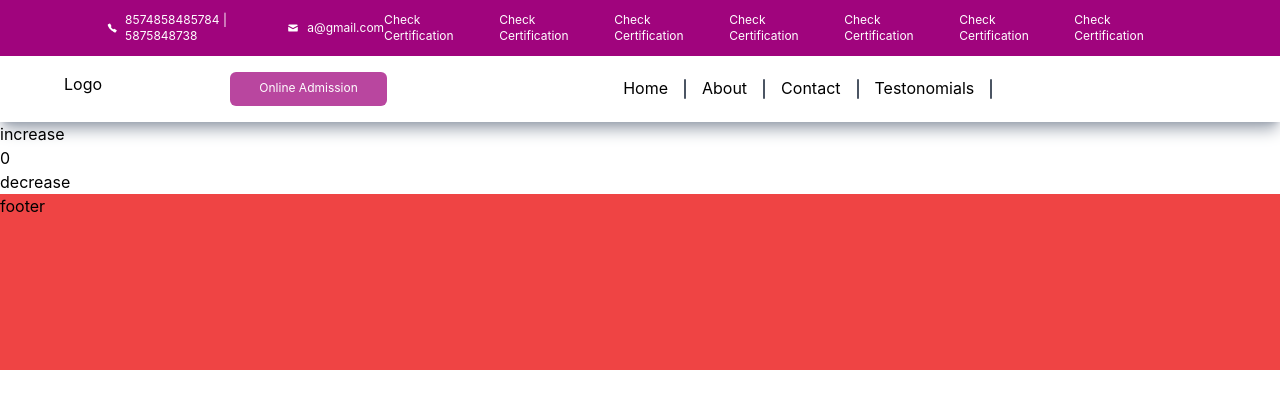
Repository: Sushant203/react-training-
Page: /
The author's editor kept a copy of each file at every save. The page is drawn from the files as they stood at one save, then again after the next save.
The browser window is 1280 px wide. The pictures show the whole page.
The project was rebuilt for these pictures with package versions that can differ from the ones it lists, and the page was loaded fresh each time. Also part of the build but not shown: src/App.css, src/components/LowerNav.jsx, src/components/UpperNav.jsx, src/components/Naviagtion/Sidebar/Sidebar.jsx.

Above is the page before, as saved 2022-12-19 20:52:35.

### src/App.js
import { useState } from 'react';
import './App.css';
import LowerNav from './components/LowerNav';
import UpperNav from './components/UpperNav';
import Layout from './Hoc/Layout/Layout'
import Homepage from './components/pages/homepage'
import Footer from './components/Footer/Footer';
import Sidebar from './components/Naviagtion/Sidebar/Sidebar';
import Toolbar from './components/Naviagtion/Toolbar/index';

function App() {
  const [Show,setShow]=useState(false)
  const showSidebar = () => {
    setShow(!Show)
    setShow(previous=>{
      return !previous
    }
    )
   }
  return (
    <div>
      <Toolbar/>
      {Show?<Sidebar/>:""}
     {/* <Layout> */}
      <Homepage/>
      <Footer/>
     {/* </Layout> */}
    </div>
  );
}

export default App;

### src/components/pages/homepage/index.jsx
import React, { useState } from "react";

function Index() {
  const [Data, setData] = useState(0);
  return (
    <div>
      <button
        onClick={() => {
          setData((previous) => previous + 1);
        }}
      >
        increase
      </button>
      <div>{Data}</div>
      <button
        onClick={() => {
          setData((previous) => previous - 1);
        }}
      >
        decrease
      </button>
    </div>
  );
}

export default Index;

### src/components/Footer/Footer.jsx
import React from "react";

function Footer() {
  return <div className="h-44 w-screen bg-red-500">footer</div>;
}

export default Footer;

### src/components/Naviagtion/Toolbar/index.jsx
import React from "react";
import Header from "./header";
import Secondary from "./Secondary";

function Index() {
  return (
    <div className="h-fit bg-mainColor w-screen shadow-lg shadow-gray-400 ">
      <Header />
      <Secondary />
    </div>
  );
}

export default Index;

### src/components/Naviagtion/Toolbar/header.jsx
import React from "react";
import { IoCallSharp } from "react-icons/io5";
import { HiMail } from "react-icons/hi";
function Header() {
  const NavLinks = [
    { title: "check certificate" },
    { title: "Career" },
    { title: "Contact Us" },
    { title: "Download Brochure" },
    { title: "Hackathons" },
    { title: "Hire Talents" },
    { title: "Testimonials" },
  ];
  return (
    <div className="py-3 h-fit  md:w-10/12 mx-auto flex flex-col   md:flex-row items-center justify-between  md:text-xs">
      {/* number and email */}
      <div className="flex gap-2  text-white">
        <div className="flex gap-2  items-center">
          <IoCallSharp />
          8574858485784 | 5875848738
        </div>
        <div className=" flex gap-2 items-center">
          <HiMail />
          a@gmail.com
        </div>
      </div>
      {/* navigation links */}
      <div className="text-white hidden md:flex gap-4  ">
        {NavLinks.map((val, i) => {
          return (
            <div key={i} className="capitalize ">
              check certification
            </div>
          );
        })}
      </div>
    </div>
  );
}

export default Header;

### src/components/Naviagtion/Toolbar/Secondary.jsx
import React from "react";

function Secondary() {
  const Nalink = [
    {
      title: "Home",
    },
    {
      title: "About",
    },
    {
      title: "contact",
    },
    {
      title: "testonomials",
    },
  ];
  return (
    <div className="grid grid-cols-4 md:grid-cols-7 gap-2 justify-between px-16 w-full py-4 bg-white">
      <div>Logo</div>
      <div className="bg-mainColor col-span-2 flex justify-center md:col-span-1 px-1 md:px-4 py-2 animate-pulse duration-700 delay-200 text-xs rounded-md transition-all cursor-pointer text-white">
        Online Admission
      </div>
      <div className="md:col-span-5 hidden md:flex justify-center items-center gap-3">
        {Nalink.map((val, i) => {
          return (
            <div key={i} className="flex items-center gap-3">
              <div className="border-b-2 w-fit  border-transparent capitalize hover:border-mainColor rounded-sm p-1 cursor-pointer  ">
                {val.title}
              </div>
              <div className="h-5 w-[2px] rounded-md bg-gray-600"></div>
            </div>
          );
        })}
      </div>
    </div>
  );
}

export default Secondary;

### tailwind.config.js
/** @type {import('tailwindcss').Config} */
module.exports = {
  content: [
    "./src/**/*.{js,jsx,ts,tsx}",
  ],
  theme: {
    extend: {
      colors:{
        mainColor:'#A0047D'
      }
    },
  },
  plugins: [],
}

### src/Hoc/Layout/Layout.jsx
import React from "react";
import Toolbar from "../../components/Naviagtion/Toolbar/index";

function Layout() {
  return (
    <div>
      {/* toolbar */}
      <Toolbar />
    </div>
  );
}

export default Layout;

Loaded but not shown: public/index.html (common file); src/index.js (common file); src/index.css (common file); src/reportWebVitals.js (common file)

After the next save:
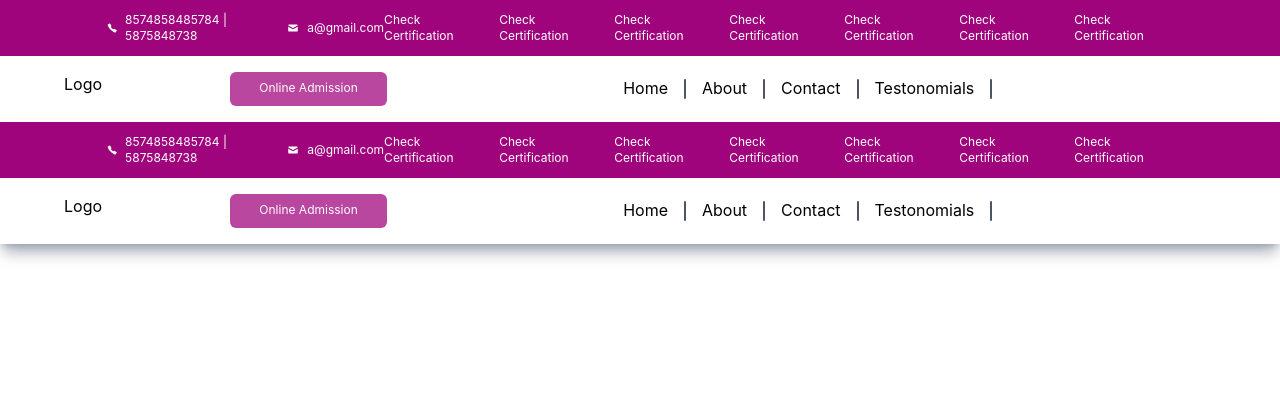
Saved 26 min 19 s later.
--- a/src/App.js
+++ b/src/App.js
@@ -1,7 +1,5 @@
 import { useState } from 'react';
 import './App.css';
-import LowerNav from './components/LowerNav';
-import UpperNav from './components/UpperNav';
 import Layout from './Hoc/Layout/Layout'
 import Homepage from './components/pages/homepage'
 import Footer from './components/Footer/Footer';
@@ -21,10 +19,10 @@ function App() {
     <div>
       <Toolbar/>
       {Show?<Sidebar/>:""}
-     {/* <Layout> */}
+     <Layout>
       <Homepage/>
       <Footer/>
-     {/* </Layout> */}
+     </Layout>
     </div>
   );
 }
